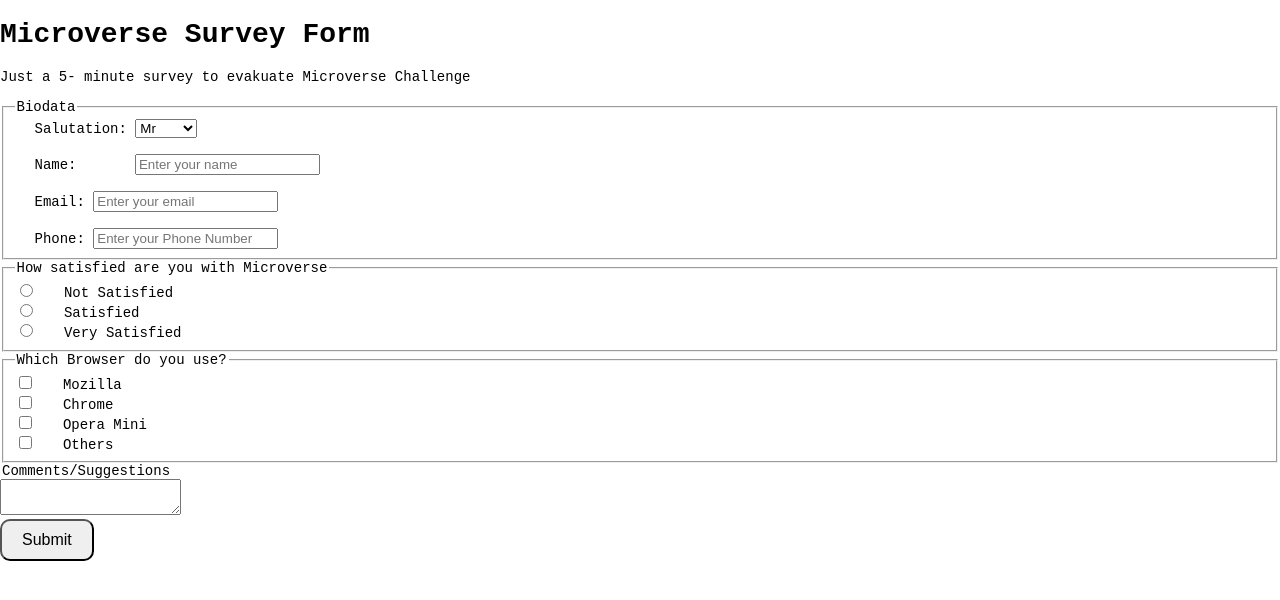
Repository: ahmedmeshref/Microverse-project
Page: index.html
An editor plug-in stored every save of this project. The page is shown before and after the next save, followed by the edit.
The browser window is 1280 px wide. The pictures show the whole page.

Above is the page before, as saved 2019-03-29 16:20:53.

After the next save:
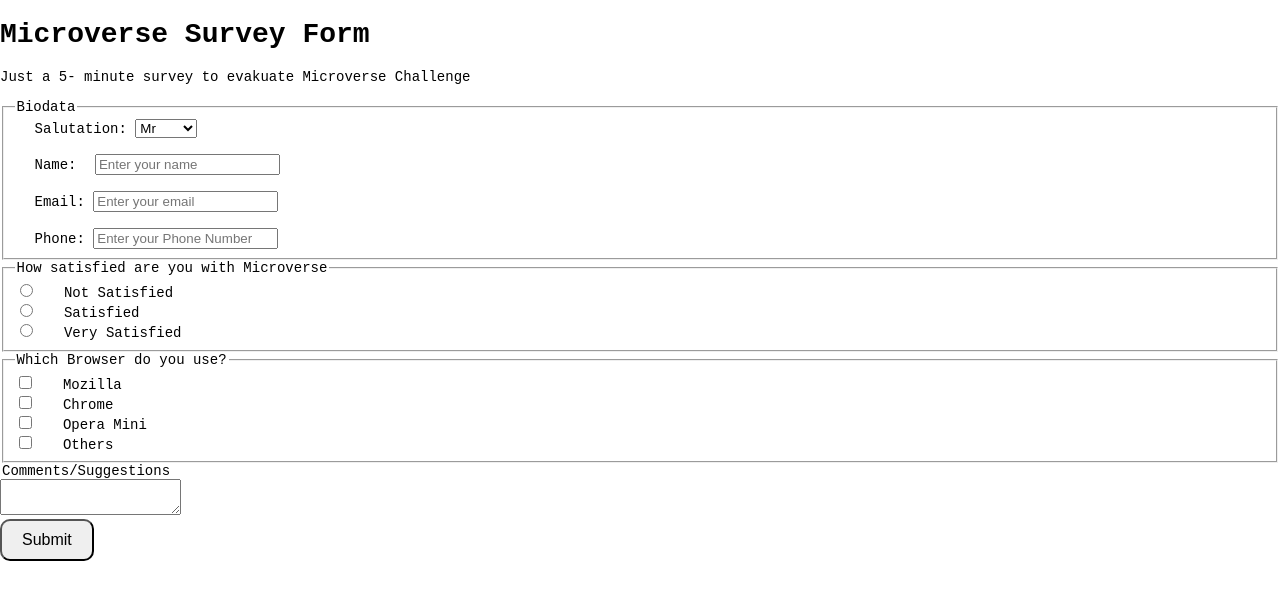
Saved 9 s later.
--- a/css/style.css
+++ b/css/style.css
@@ -11,7 +11,7 @@
 }
 
 #name-label {
-    margin-right: 50px;
+    margin-right: 10px;
 }
 
 .bio {
